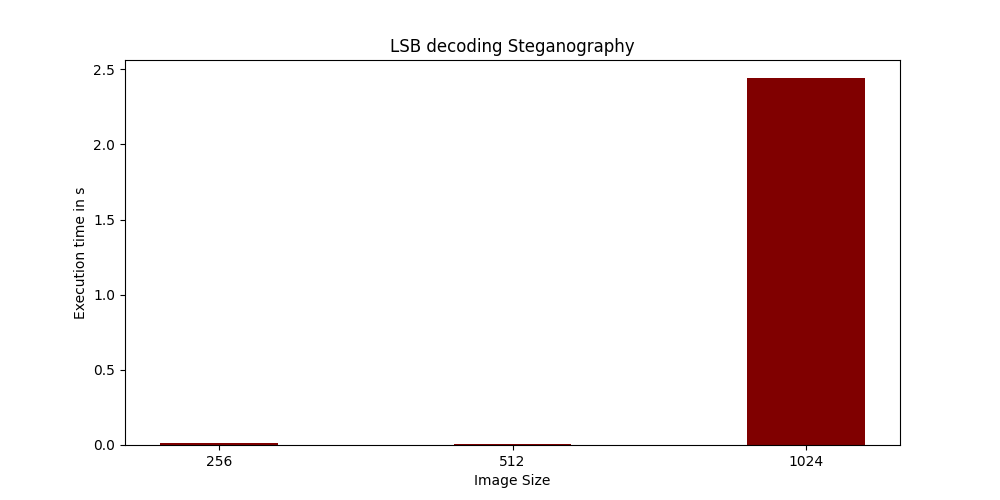
Repository: vishalsinghhh/DNA-cryptography-Project
Script's output: python DNA/Graphs.py
The author's editor kept a copy of each file at every save. The script's output is drawn from the files as they stood at one save, then again after the next save.
Random numbers start from a fixed seed.

Above is the script's output before, as saved 2023-04-11 10:43:51.

After the next save:
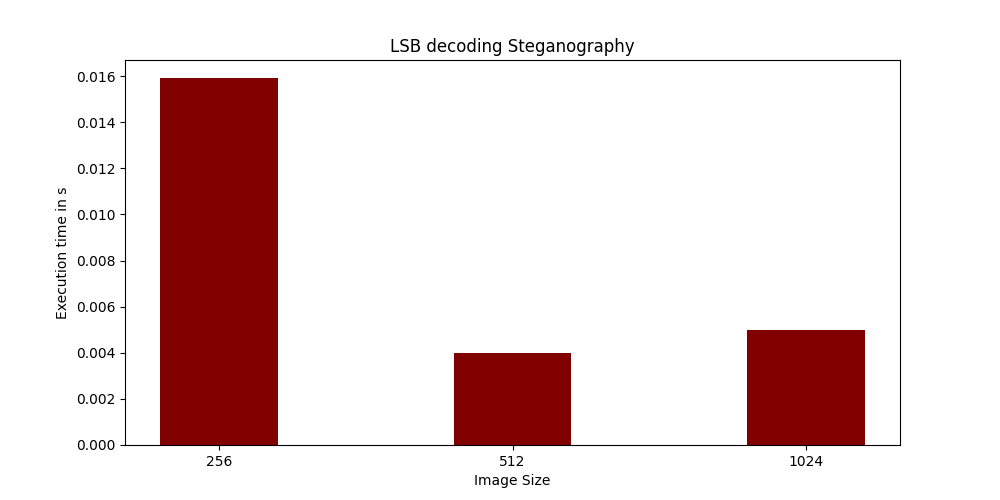
Saved 7 s later.
--- a/DNA/Graphs.py
+++ b/DNA/Graphs.py
@@ -3,7 +3,7 @@ import matplotlib.pyplot as plt
 
 
 # creating the dataset
-data = {'256':0.0159, '512':0.004, '1024':2.44}
+data = {'256':0.0159, '512':0.004, '1024':0.005}
 courses = list(data.keys())
 values = list(data.values())
 
